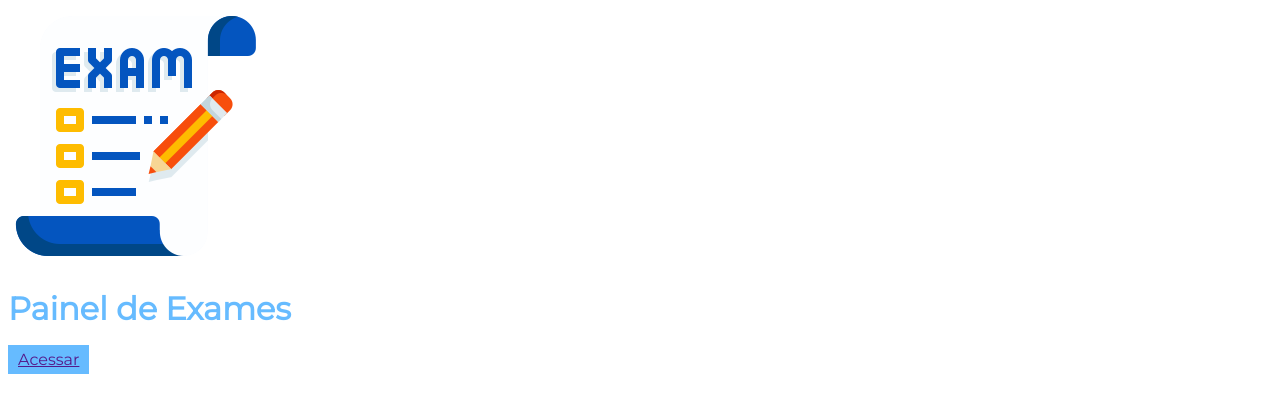
Repository: consultorgomes/exameSocTest
Page: http://localhost/exames/
An editor plug-in stored every save of this project. The page is shown before and after the next save, followed by the edit.
The browser window is 1280 px wide. The pictures show the whole page.
The page is served by Tomcat 9.

Above is the page before, as saved 2021-09-09 03:25:59.

After the next save:
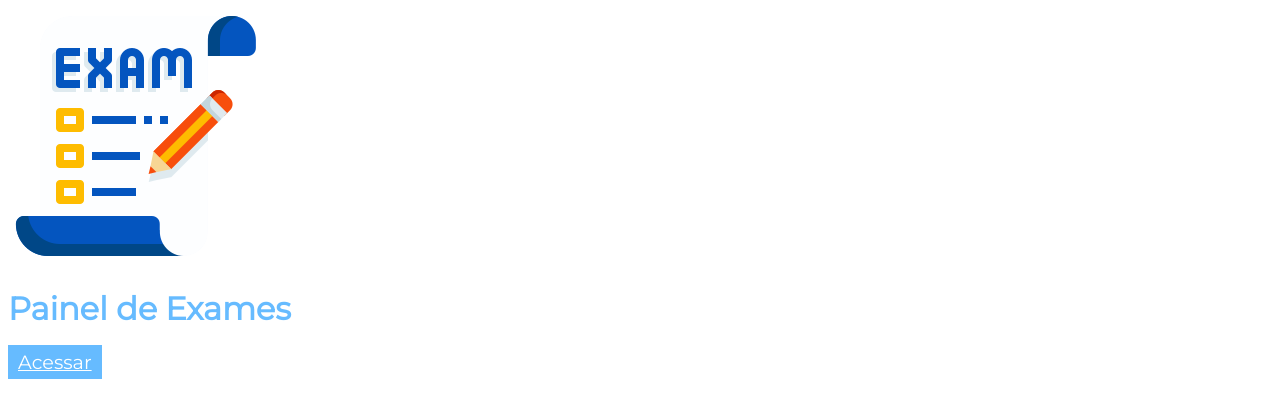
Saved 74 s later.
--- a/exames/src/main/webapp/style.css
+++ b/exames/src/main/webapp/style.css
@@ -15,5 +15,6 @@
 	text-decoration:nome;
 	background-color:#66bbff;
 	padding: 5px 10px 5px 10px;
-
+	color:#fff;
+	font-size:1.2em;
 }
